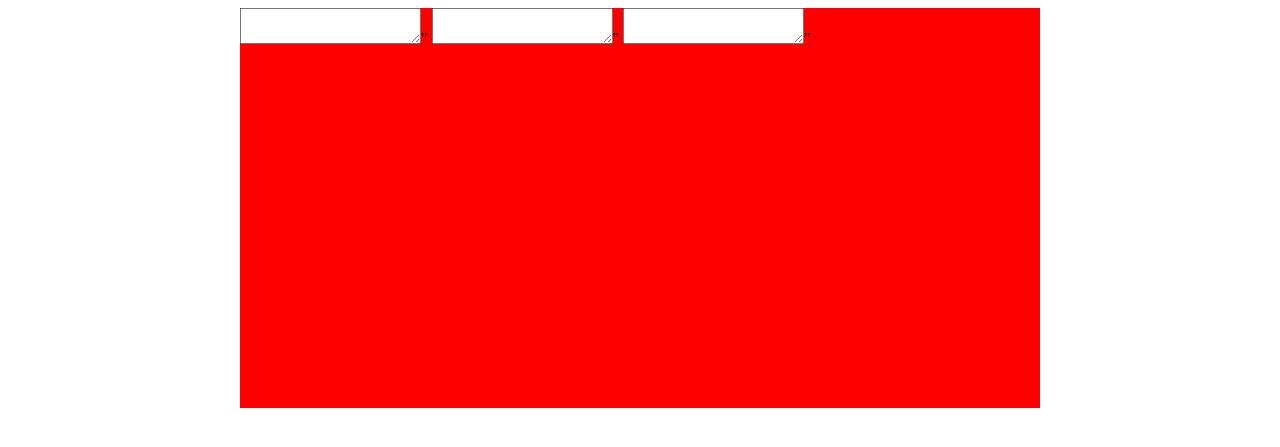
Repository: goalki/pension
Page: http://localhost/pension/etc/outer.jsp
The author's editor kept a copy of each file at every save. The page is drawn from the files as they stood at one save, then again after the next save.
The browser window is 1280 px wide. The pictures show the whole page.
The page is served by Tomcat 9. Other server files are loaded and not shown.

Above is the page before, as saved 2021-01-19 07:53:49.

### pension/WebContent/etc/outer.jsp
<%@ page language="java" contentType="text/html; charset=UTF-8"
    pageEncoding="UTF-8"%>
<!DOCTYPE html>
<html>
<head>
<meta charset="UTF-8">
<title>Insert title here</title>
 <style>
   #inner {
     width:800px;
     height:400px;
     background:red;
     margin:auto;
   }
 </style>
</head>
<body>
  <div id="inner">
     <textarea class="imsi"></textarea>"
     <textarea class="imsi"></textarea>"
     <textarea class="imsi"></textarea>"
  </div>
</body>
</html>

After the next save:
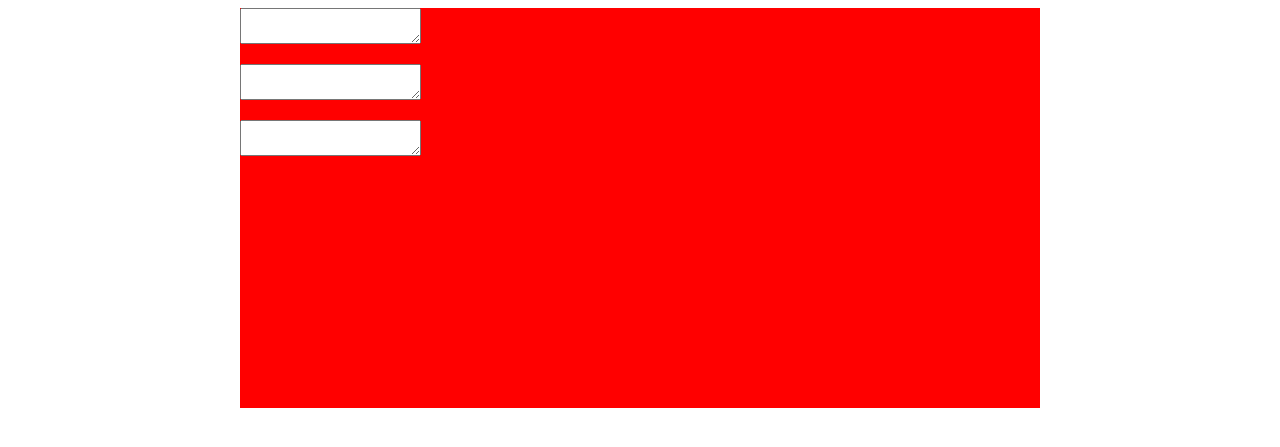
Saved 12 s later.
--- a/pension/WebContent/etc/outer.jsp
+++ b/pension/WebContent/etc/outer.jsp
@@ -16,9 +16,9 @@
 </head>
 <body>
   <div id="inner">
-     <textarea class="imsi"></textarea>"
-     <textarea class="imsi"></textarea>"
-     <textarea class="imsi"></textarea>"
+     <textarea class="imsi"></textarea> <p>
+     <textarea class="imsi"></textarea> <p>
+     <textarea class="imsi"></textarea> <p>
   </div>
 </body>
 </html>
